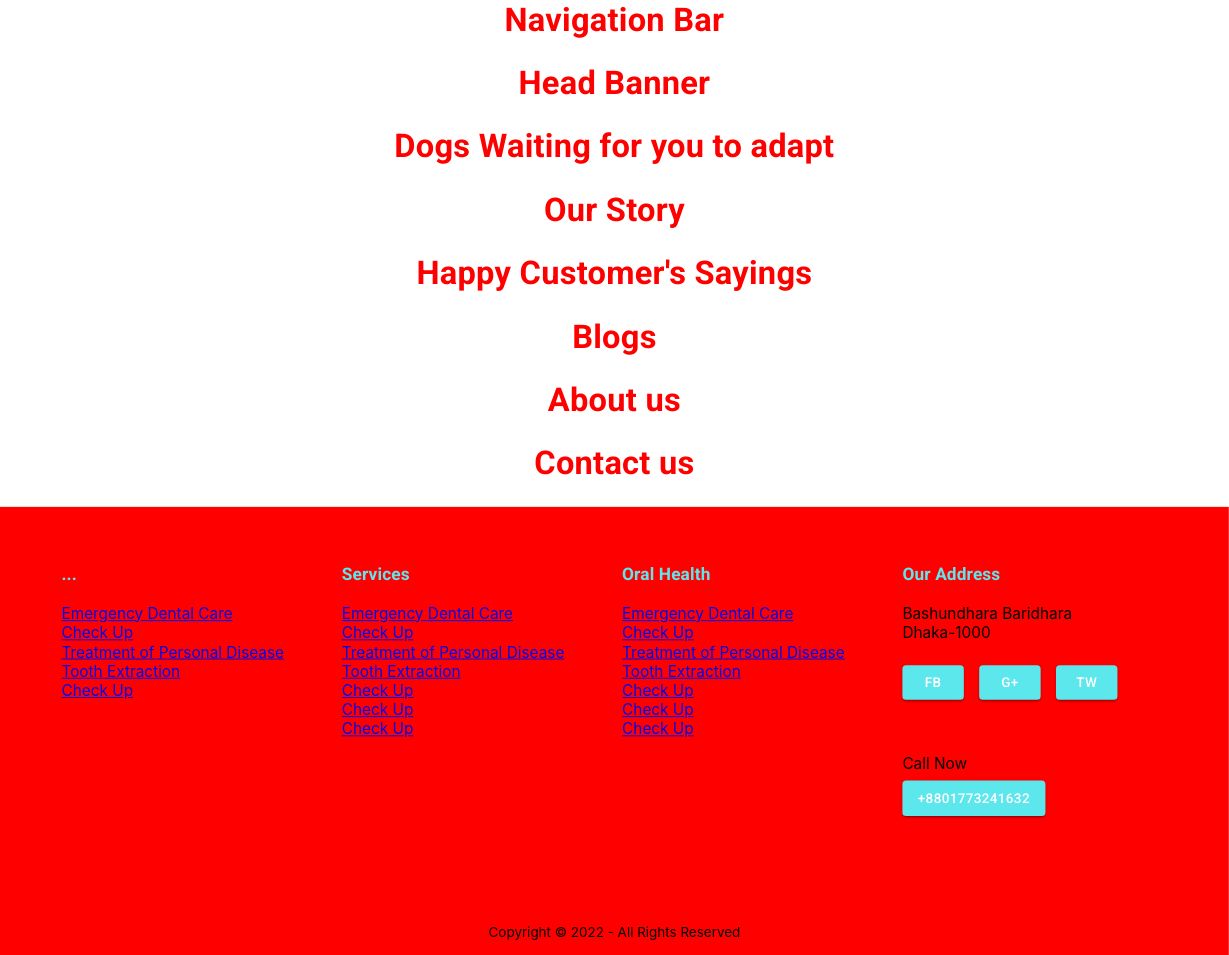
Repository: Sharif-00112/dogos-paradise-client
Page: /
These files come from the project's save history. The page is drawn as it stood at one moment and after the next save; the edit follows.
The browser window is 1280 px wide. The pictures show the whole page, at 96% of full size.
The page's requests for data from a server got no answer. The project was rebuilt for these pictures with package versions that can differ from the ones it lists, and the page was loaded fresh each time. Some packages were replaced by stand-ins written for this rebuild. No one was signed in, and anything a server would have sent is missing. Also part of the build but not shown: src/Pages/Login/Login/Login.js, src/Pages/Login/Register/Register.js, src/Pages/NotFound/NotFound.js.

Above is the page before, as saved 2022-11-30 22:25:49.

### public/index.html
<!DOCTYPE html>
<html lang="en">
  <head>
    <meta charset="utf-8" />
    <link rel="icon" href="%PUBLIC_URL%/favicon.ico" />
    <meta name="viewport" content="width=device-width, initial-scale=1" />
    <meta name="theme-color" content="#000000" />
    <meta
      name="description"
      content="Web site created using create-react-app"
    />
    <link
      rel="stylesheet" href="https://fonts.googleapis.com/css?family=Roboto:300,400,500,700&display=swap"
    />

    <link rel="apple-touch-icon" href="%PUBLIC_URL%/logo192.png" />
    <!--
      manifest.json provides metadata used when your web app is installed on a
      user's mobile device or desktop. See https://developers.google.com/web/fundamentals/web-app-manifest/
    -->
    <link rel="manifest" href="%PUBLIC_URL%/manifest.json" />
    <!--
      Notice the use of %PUBLIC_URL% in the tags above.
      It will be replaced with the URL of the `public` folder during the build.
      Only files inside the `public` folder can be referenced from the HTML.

      Unlike "/favicon.ico" or "favicon.ico", "%PUBLIC_URL%/favicon.ico" will
      work correctly both with client-side routing and a non-root public URL.
      Learn how to configure a non-root public URL by running `npm run build`.
    -->
    <title>React App</title>
  </head>
  <body>
    <noscript>You need to enable JavaScript to run this app.</noscript>
    <div id="root"></div>
    <!--
      This HTML file is a template.
      If you open it directly in the browser, you will see an empty page.

      You can add webfonts, meta tags, or analytics to this file.
      The build step will place the bundled scripts into the <body> tag.

      To begin the development, run `npm start` or `yarn start`.
      To create a production bundle, use `npm run build` or `yarn build`.
    -->
  </body>
</html>

### src/App.js
import React  from 'react';
import './App.css';
import { BrowserRouter as Router, Route, Routes} from 'react-router-dom';
import Home from './Pages/Home/Home/Home';
import Login from './Pages/Login/Login/Login';
import Register from './Pages/Login/Register/Register';
import AuthProvider from './contexts/AuthProvider/AuthProvider';
// import PrivateRoute from './Pages/Login/PrivateRoute/PrivateRoute';
import NotFound from './Pages/NotFound/NotFound';
import Contact from './Pages/Home/Contact/Contact';
import Products from './Pages/Home/Products/Products';
import Story from './Pages/Home/Story/Story';
import CustomerReviews from './Pages/Home/CustomerReviews/CustomerReviews';
import Blogs from './Pages/Home/Blogs/Blogs';
import About from './Pages/Home/About/About';
// import Footer from './Pages/Shared/Footer/Footer';
// import Dashboard from './Pages/Dashboard/Dashboard/Dashboard';

function App() {
  return (
    <div className="App">
      <AuthProvider>
        <Router>
          <Routes>
            <Route exact path = '/' element={<Home/>}/>
            <Route exact path = '/home' element={<Home/>}/>
            <Route exact path = '/login' element={<Login/>}/>
            <Route exact path = '/register' element={<Register/>}/>
            <Route exact path = '/contact' element={<Contact/>}/>
            <Route exact path = '/products' element={<Products/>}/>
            <Route exact path = '/story' element={<Story/>}/>
            <Route exact path = '/reviews' element={<CustomerReviews/>}/>
            <Route exact path = '/blogs' element={<Blogs/>}/>
            <Route exact path = '/about' element={<About/>}/>
            {/* <Route exact path = '/appointment' element = {
              <PrivateRoute>
                <Appointment></Appointment>
              </PrivateRoute>
            }> </Route> */}
            {/* <Route path = 'dashboard/*' element = {
              <PrivateRoute>
                <Dashboard></Dashboard>
              </PrivateRoute>
            }> </Route> */}
            <Route path = '*' element={<NotFound/>}/>
          </Routes>
          {/* <Footer></Footer> */}
        </Router>
      </AuthProvider>
    </div>
  );
}

export default App;

### src/Pages/Home/Home/Home.js
import React from 'react';
import Footer from '../../Shared/Footer/Footer';
import Navigation from '../../Shared/Navigation/Navigation';
import About from '../About/About';
import Banner from '../Banner/Banner';
import Blogs from '../Blogs/Blogs';
import Contact from '../Contact/Contact';
import CustomerReviews from '../CustomerReviews/CustomerReviews';
import Products from '../Products/Products';
import Story from '../Story/Story';

const Home = () => {
    return (
        <div>
            <Navigation></Navigation>
            <Banner></Banner>
            <Products></Products>
            <Story></Story>
            <CustomerReviews></CustomerReviews>
            <Blogs></Blogs>
            <About></About>
            <Contact></Contact>
            <Footer></Footer>
        </div>
    );
};

export default Home;

### src/contexts/AuthProvider/AuthProvider.js
import React from 'react';
import { createContext } from 'react';
import useFirebase from '../../hooks/useFirebase';

//step-1-context
export const AuthContext = createContext();

const AuthProvider = (props) => {
    //step-3-context
    const {children} = props;

    //step-5-context
    const allContexts = useFirebase();

    return (
        //step-2-context
        <AuthContext.Provider value={allContexts}>
            {children}
        </AuthContext.Provider>
    );
};

export default AuthProvider;

### src/Pages/Home/Contact/Contact.js
import React from 'react';
import { Typography } from '@mui/material';

const Contact = () => {
    return (
        <div>
            <Typography sx={{ m: 3, color: 'red', fontWeight: 600 }} variant="h4" component="div">
                Contact us
            </Typography>
        </div>
    );
};

export default Contact;

### src/Pages/Home/Products/Products.js
import React from 'react';
import { Typography } from '@mui/material';

const Products = () => {
    return (
        <div>
            <Typography sx={{ m: 3, color: 'red', fontWeight: 600 }} variant="h4" component="div">
                Dogs Waiting for you to adapt
            </Typography>
        </div>
    );
};

export default Products;

### src/Pages/Home/Story/Story.js
import React from 'react';
import { Typography } from '@mui/material';


const Story = () => {
    return (
        <div>
            <Typography sx={{ m: 3, color: 'red', fontWeight: 600 }} variant="h4" component="div">
                Our Story
            </Typography>
        </div>
    );
};

export default Story;

### src/Pages/Home/CustomerReviews/CustomerReviews.js
import React from 'react';
import { Typography } from '@mui/material';


const CustomerReviews = () => {
    return (
        <div>
            <Typography sx={{ m: 3, color: 'red', fontWeight: 600 }} variant="h4" component="div">
                Happy Customer's Sayings
            </Typography>
        </div>
    );
};

export default CustomerReviews;

### src/Pages/Home/Blogs/Blogs.js
import React from 'react';
import { Typography } from '@mui/material';


const Blogs = () => {
    return (
        <div>
            <Typography sx={{ m: 3, color: 'red', fontWeight: 600 }} variant="h4" component="div">
                Blogs
            </Typography>
        </div>
    );
};

export default Blogs;

### src/Pages/Home/About/About.js
import React from 'react';
import { Typography } from '@mui/material';

const About = () => {
    return (
        <div>
            <Typography sx={{ m: 3, color: 'red', fontWeight: 600 }} variant="h4" component="div">
                About us
            </Typography>
        </div>
    );
};

export default About;

### src/Pages/Shared/Footer/Footer.js
import React from 'react';
import { Typography } from '@mui/material';
import { Container } from '@mui/system';
import Box from '@mui/material/Box';
import Grid from '@mui/material/Unstable_Grid2';
import { Link } from 'react-router-dom';
import { Button } from '@mui/material';


const Footer = () => {
    return (
        // <div>
        //     <Typography sx={{ m: 3, color: 'red', fontWeight: 600 }} variant="h4" component="div">
        //         Footer Area
        //     </Typography>
        // </div>

        <div style={{ backgroundColor: 'red' }}>
        <Container sx={{ py: 5 }}>
            <Box sx={{ flexGrow: 1 }}>
                <Grid container spacing={2}>
                    <Grid item style={{ textAlign: 'left'}} xs={6} md={3}>
                        <Typography sx={{ my:2, fontSize: 18, fontWeight: 600 }} style={{color: '#5CE7ED'}} variant="h6" component="div">
                            ...
                        </Typography>
                        <Link to = '/emergencyDentalCare'>
                            Emergency Dental Care
                        </Link>
                        <br />
                        <Link to = '/checkUp'>
                            Check Up
                        </Link>
                        <br />
                        <Link to = '/treatmentOfPersonalDisease'>
                            Treatment of Personal Disease
                        </Link>
                        <br />
                        <Link to = '/toothExtraction'>
                            Tooth Extraction
                        </Link>
                        <br />
                        <Link to = '/checkUp'>
                            Check Up
                        </Link>
                    </Grid>
                    <Grid item style={{ textAlign: 'left'}} xs={6} md={3}>
                        <Typography sx={{ my:2, fontSize: 18, fontWeight: 600 }} style={{color: '#5CE7ED'}} variant="h6" component="div">
                            Services
                        </Typography>
                        <Link to = '/emergencyDentalCare'>
                            Emergency Dental Care
                        </Link>
                        <br />
                        <Link to = '/checkUp'>
                            Check Up
                        </Link>
                        <br />
                        <Link to = '/treatmentOfPersonalDisease'>
                            Treatment of Personal Disease
                        </Link>
                        <br />
                        <Link to = '/toothExtraction'>
                            Tooth Extraction
                        </Link>
                        <br />
                        <Link to = '/checkUp'>
                            Check Up
                        </Link>
                        <br />
                        <Link to = '/checkUp'>
                            Check Up
                        </Link>
                        <br />
                        <Link to = '/checkUp'>
                            Check Up
                        </Link>
                    </Grid>
                    <Grid item style={{ textAlign: 'left'}} xs={6} md={3}>
                        <Typography sx={{ my:2, fontSize: 18, fontWeight: 600 }} style={{color: '#5CE7ED'}} variant="h6" component="div">
                            Oral Health
                        </Typography>
                        <Link to = '/emergencyDentalCare'>
                            Emergency Dental Care
                        </Link>
                        <br />
                        <Link to = '/checkUp'>
                            Check Up
                        </Link>
                        <br />
                        <Link to = '/treatmentOfPersonalDisease'>
                            Treatment of Personal Disease
                        </Link>
                        <br />
                        <Link to = '/toothExtraction'>
                            Tooth Extraction
                        </Link>
                        <br />
                        <Link to = '/checkUp'>
                            Check Up
                        </Link>
                        <br />
                        <Link to = '/checkUp'>
                            Check Up
                        </Link>
                        <br />
                        <Link to = '/checkUp'>
                            Check Up
                        </Link>
                    </Grid>
                    <Grid item style={{ textAlign: 'left'}} xs={6} md={3}>
                        <Typography sx={{ my:2, fontSize: 18, fontWeight: 600 }} style={{color: '#5CE7ED'}} variant="h6" component="div">
                            Our Address
                        </Typography>
                        <Typography sx={{ fontSize: 16, fontWeight: 400 }} variant="" component="div">
                                Bashundhara Baridhara <br />
                                Dhaka-1000
                        </Typography>

                        {/* <Button>
                            <FontAwesomeIcon icon={faShoppingCart} /> Cart
                            <FontAwesomeIcon icon="fa-brands fa-facebook" />
                        </Button> */}

                        <a href="https://www.facebook.com/" target="_blank" style={{ textDecoration:'none', color:'white' }}>
                            <Button sx={{ mt:3, mr:2 }} variant="contained" style={{backgroundColor: '#5CE7ED'}}>
                                FB
                            </Button>
                        </a>
                        <a href="https://www.google.com/" target="_blank" style={{ textDecoration:'none', color:'white' }}>
                            <Button sx={{ mt:3, mr:2 }} variant="contained" style={{backgroundColor: '#5CE7ED'}}>
                                G+
                            </Button>
                        </a>
                        <a href="https://twitter.com/" target="_blank" style={{ textDecoration:'none', color:'white' }}>
                            <Button sx={{ mt:3, mr:2 }} variant="contained" style={{backgroundColor: '#5CE7ED'}}>
                                TW
                            </Button>
                        </a>

                        <Typography sx={{ mt:7, fontSize: 16, fontWeight: 400 }} variant="" component="div">
                                Call Now
                        </Typography>
                        <a href="tel:+8801773241632" style={{ textDecoration:'none', color:'white' }}>
                            <Button sx={{ mt:1, mr:2 }} variant="contained" style={{backgroundColor: '#5CE7ED'}}>
                                +8801773241632
                            </Button>
                        </a>
                    </Grid>
                </Grid>
            </Box>
        </Container>
        <Typography sx={{ p:2, mt:7, fontSize: 14, fontWeight: 400 }} variant="" component="div">
            Copyright &copy; 2022 - All Rights Reserved
        </Typography>
    </div>
    );
};

export default Footer;

### src/Pages/Shared/Navigation/Navigation.js
import React from 'react';
import { Typography } from '@mui/material';

const Navigation = () => {
    return (
        <div>
            <Typography sx={{ mx: 3, color: 'red', fontWeight: 600 }} variant="h4" component="div">
                Navigation Bar
            </Typography>
        </div>
    );
};

export default Navigation;

### src/Pages/Home/Banner/Banner.js
import React from 'react';
import { Typography } from '@mui/material';

const Banner = () => {
    return (
        <div>
            <Typography sx={{ m: 3, color: 'red', fontWeight: 600 }} variant="h4" component="div">
                Head Banner
            </Typography>
        </div>
    );
};

export default Banner;

### src/Pages/Login/Firebase/firebase.initialize.js
import { initializeApp } from "firebase/app";
import firebaseConfig from "./firebase.config";

const initializeAuthentication = () =>{
    initializeApp(firebaseConfig);
}

export default initializeAuthentication;

### src/Pages/Login/Firebase/firebase.config.js
// console.log(process.env);

const firebaseConfig = {
  apiKey: process.env.REACT_APP_FIREBASE_API_KEY,
  authDomain: process.env.REACT_APP_FIREBASE_AUTH_DOMAIN,
  projectId: process.env.REACT_APP_FIREBASE_PROJECT_ID,
  storageBucket: process.env.REACT_APP_FIREBASE_STORAGE_BUCKET,
  messagingSenderId: process.env.REACT_APP_FIREBASE_MESSAGING_SENDER_ID,
  appId: process.env.REACT_APP_FIREBASE_APP_ID,
  measurementId: process.env.REACT_APP_FIREBASE_MEASUREMENT_ID
};

export default firebaseConfig;

// .env.local
// REACT_APP_FIREBASE_API_KEY=AIzaSyCGaQ8G2l5KeOKX4bAJ7MC19oWW_2vnTNQ
// REACT_APP_FIREBASE_AUTH_DOMAIN=dogos-paradise.firebaseapp.com
// REACT_APP_FIREBASE_PROJECT_ID=dogos-paradise
// REACT_APP_FIREBASE_STORAGE_BUCKET=dogos-paradise.appspot.com
// REACT_APP_FIREBASE_MESSAGING_SENDER_ID=824394057307
// REACT_APP_FIREBASE_APP_ID=1:824394057307:web:727ac0c86627b9544a617e
// REACT_APP_FIREBASE_MEASUREMENT_ID=G-DL8JJ6MYSD

// const firebaseConfig = {
  // apiKey: "AIzaSyCGaQ8G2l5KeOKX4bAJ7MC19oWW_2vnTNQ",
  // authDomain: "dogos-paradise.firebaseapp.com",
  // projectId: "dogos-paradise",
  // storageBucket: "dogos-paradise.appspot.com",
  // messagingSenderId: "824394057307",
  // appId: "1:824394057307:web:727ac0c86627b9544a617e",
  // measurementId: "G-DL8JJ6MYSD"
// };

Loaded but not shown: src/index.js (common file); src/index.css (common file); src/reportWebVitals.js (common file); src/App.css (common file); src/hooks/useFirebase.js (273 lines, source omitted)

After the next save:
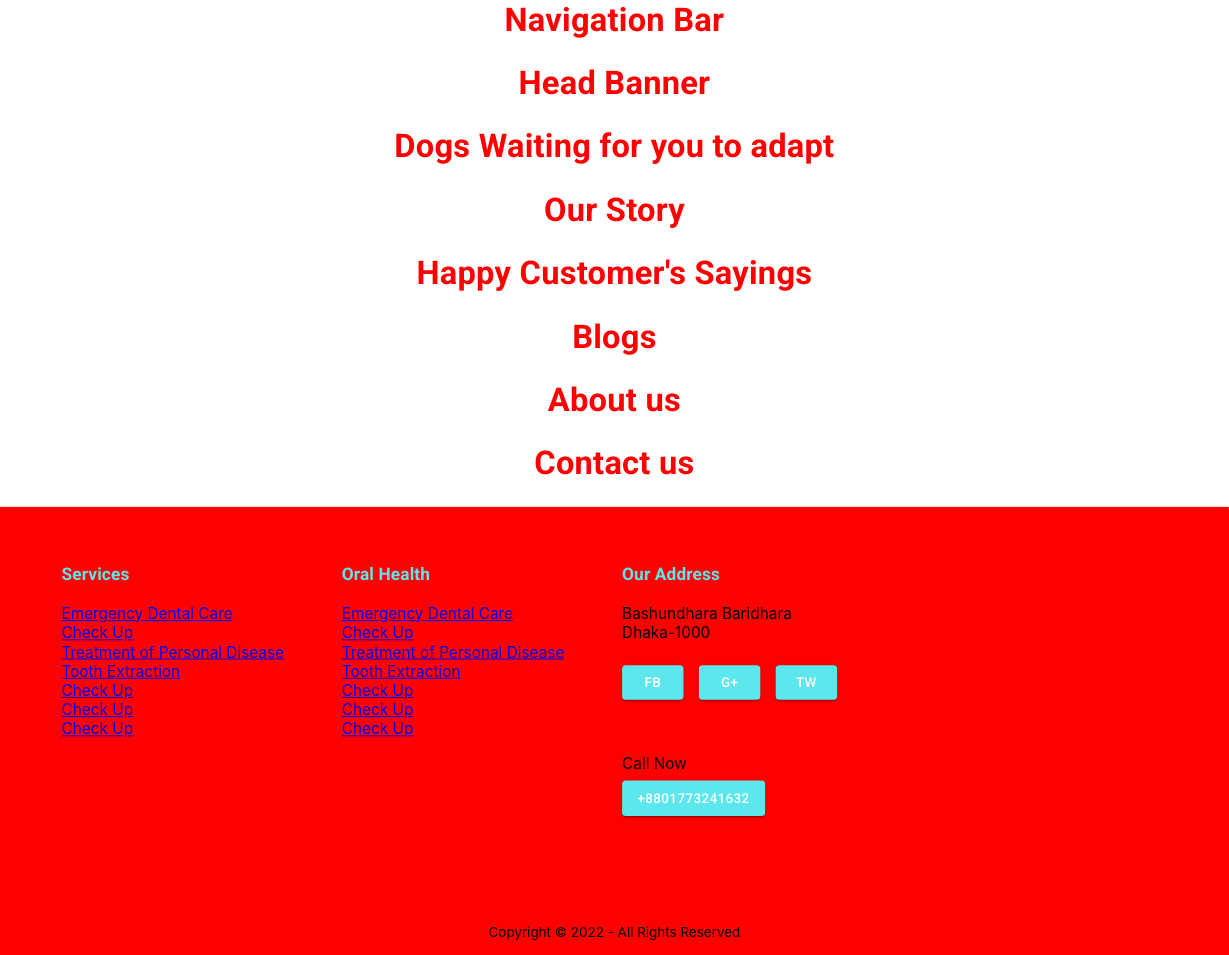
Saved 57 s later.
--- a/src/Pages/Shared/Footer/Footer.js
+++ b/src/Pages/Shared/Footer/Footer.js
@@ -19,30 +19,6 @@ const Footer = () => {
         <Container sx={{ py: 5 }}>
             <Box sx={{ flexGrow: 1 }}>
                 <Grid container spacing={2}>
-                    <Grid item style={{ textAlign: 'left'}} xs={6} md={3}>
-                        <Typography sx={{ my:2, fontSize: 18, fontWeight: 600 }} style={{color: '#5CE7ED'}} variant="h6" component="div">
-                            ...
-                        </Typography>
-                        <Link to = '/emergencyDentalCare'>
-                            Emergency Dental Care
-                        </Link>
-                        <br />
-                        <Link to = '/checkUp'>
-                            Check Up
-                        </Link>
-                        <br />
-                        <Link to = '/treatmentOfPersonalDisease'>
-                            Treatment of Personal Disease
-                        </Link>
-                        <br />
-                        <Link to = '/toothExtraction'>
-                            Tooth Extraction
-                        </Link>
-                        <br />
-                        <Link to = '/checkUp'>
-                            Check Up
-                        </Link>
-                    </Grid>
                     <Grid item style={{ textAlign: 'left'}} xs={6} md={3}>
                         <Typography sx={{ my:2, fontSize: 18, fontWeight: 600 }} style={{color: '#5CE7ED'}} variant="h6" component="div">
                             Services
